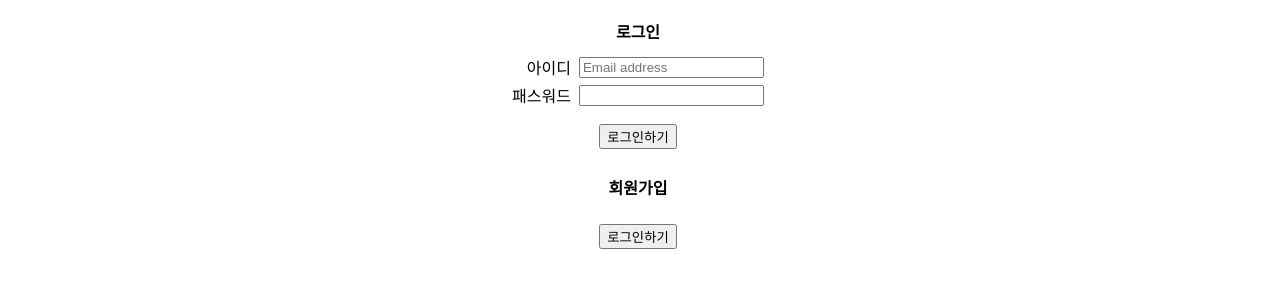
Repository: Dnut0121/2023_JSP
Page: http://localhost/Hello2/loginForm.jsp
The author's editor kept a copy of each file at every save. The page is drawn from the files as they stood at one save, then again after the next save.
The browser window is 1280 px wide. The pictures show the whole page.
The page is served by Tomcat 9. Other server files are loaded and not shown.

Above is the page before, as saved 2023-11-29 03:13:10.

### 201907036_KDH/Hello2/src/main/webapp/loginForm.jsp
<%@ page language="java" contentType="text/html; charset=UTF-8"
    pageEncoding="UTF-8"%>
<!DOCTYPE html>
<html>
<head>
	<meta charset="UTF-8">
</head>
<body>
	<form action="login.jsp">
	<table align=center>
	<tr><td colspan=2 align=center height=40><b>로그인</b><td></tr>
	<tr>
		<td align=right>아이디&nbsp;</td>
		<td><input type="text" name="id" placeholder="Email address" required></td>
	</tr>
	<tr>
		<td align=right>패스워드&nbsp;</td>
		<td><input type="password" name="ps" required></td>
	</tr>
	<tr>
		<td colspan=2 align=center height=50>
			<input type="submit" value="로그인하기">
		</td>
	</tr>
	</table>
	</form>

	<form action="signup.jsp">
	<table align=center>
	<tr><td colspan=2 align=center height=40><b>회원가입</b><td></tr>
	<tr>
		<td colspan=2 align=center height=50>
			<input type="submit" value="로그인하기">
		</td>
	</tr>

</body>
</html>

After the next save:
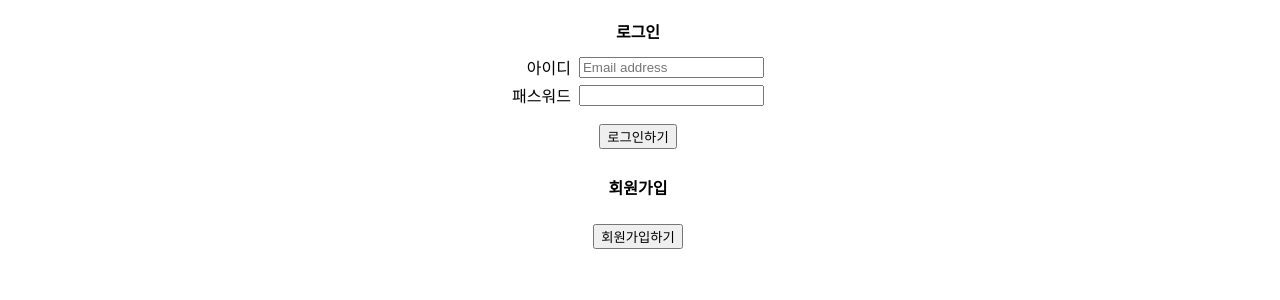
Saved 19 s later.
--- a/201907036_KDH/Hello2/src/main/webapp/loginForm.jsp
+++ b/201907036_KDH/Hello2/src/main/webapp/loginForm.jsp
@@ -30,9 +30,10 @@
 	<tr><td colspan=2 align=center height=40><b>회원가입</b><td></tr>
 	<tr>
 		<td colspan=2 align=center height=50>
-			<input type="submit" value="로그인하기">
+			<input type="submit" value="회원가입하기">
 		</td>
 	</tr>
-
+	</table>
+	</form>
 </body>
 </html>
